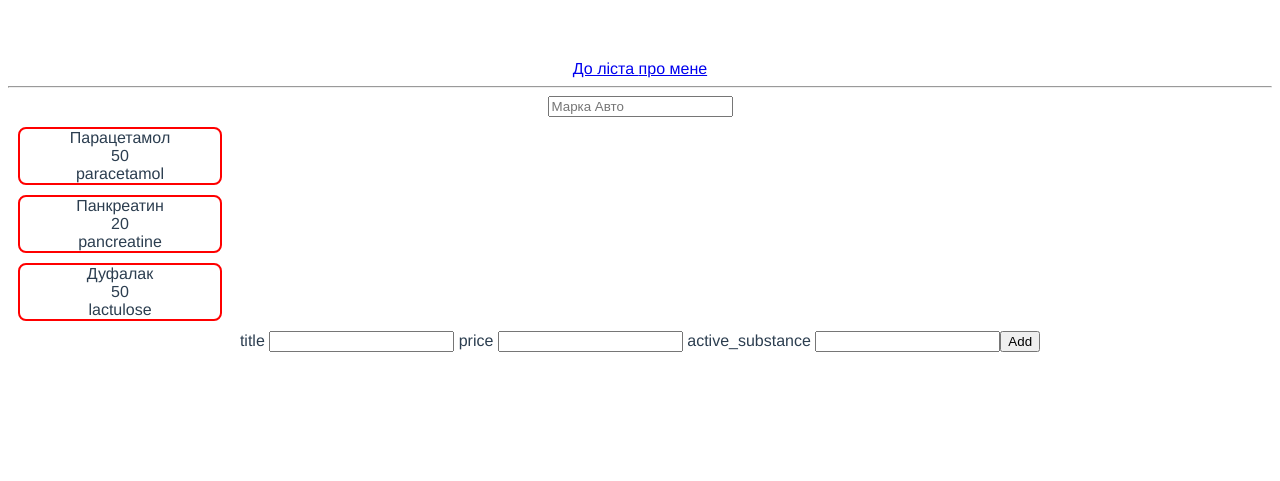
Repository: KYUUBI-K/Labs-from-2-course-
Page: /#/list (app in lab2(pharmacy)/)
The author's editor kept a copy of each file at every save. The page is drawn from the files as they stood at one save, then again after the next save.
The browser window is 1280 px wide. The pictures show the whole page.
The project was rebuilt for these pictures with package versions that can differ from the ones it lists, and the page was loaded fresh each time.

Above is the page before, as saved 2021-12-21 13:56:32.

### lab2(pharmacy)/src/main.js
import Vue from 'vue'
import App from './App.vue'
import store from './state/index'
import VueRouter from 'vue-router';
import router from './router/index'

Vue.use(VueRouter);

Vue.config.productionTip = false

new Vue({
  store,
  router,
  render: (h) => h(App),
}).$mount('#app')

### lab2(pharmacy)/src/App.vue
<template>
  <div id="app">
    <router-link to="/list">До ліста </router-link>
    <router-link to="/AboutMe">про мене </router-link>
    <hr />
    <router-view></router-view>
  </div>
</template>

<script>
export default {
  name: "App",
  components: {},
};
</script>

<style>
#app {
  font-family: Avenir, Helvetica, Arial, sans-serif;
  -webkit-font-smoothing: antialiased;
  -moz-osx-font-smoothing: grayscale;
  text-align: center;
  color: #2c3e50;
  margin-top: 60px;
}
</style>

### lab2(pharmacy)/src/state/index.js
import Vue from 'vue'
import Vuex from 'vuex'
import { v4 as uuidv4 } from 'uuid'
Vue.use(Vuex)

const store = new Vuex.Store({
  state: {
    search:"",
    taskList:[
        {
          id:1, title:'Парацетамол', price:'50', active_substance:'paracetamol',
        },
        {
            id:2, title:'Панкреатин', price:'20', active_substance:'pancreatine',

        },
        {
            id:3, title:'Дуфалак', price:'50', active_substance:'lactulose',

        }
    ]
  },
  getters:{
      getTaskList:(state)=>state.taskList
  },
  mutations:{
    addNewTask(state, dataObj) {
      state.taskList.push({
        id: uuidv4(),
        ...dataObj,
      })
    },
  },
  actions:{
    addTask({ commit }, data) {
      commit('addNewTask', data)
    },
  }

})

export default store

### lab2(pharmacy)/src/router/index.js
import Vue from 'vue';
import VueRouter from 'vue-router';
import Tasklist from '../components/Tasklist'
Vue.use(VueRouter);

export const router = new VueRouter({
    routes:[
    {
        path:'/list',
        component:Tasklist,
        name:'list',
    }
    ]

});
export default router

### lab2(pharmacy)/src/components/Tasklist/index.vue
<template>
  <div>
    <div>
      <input type="search" v-model="search" placeholder="Марка Авто" />
    </div>
    <task-item v-for="task in filterTask" :key="task.id" :task="task" />
    <div>
      <add-new-task />
    </div>
    <!-- <div><button @click="$router.push('/AboutCars')">AboutCars</button></div>
        <div><button @click="$router.push('/AboutMe')">AboutMe</button></div>  -->
  </div>
</template>

<script>
import TaskItem from "./Taskitem";
import AddNewTask from "@/components/AddNewTask";

import { mapGetters } from "vuex";
export default {
  data() {
    return {
      search: "",
    };
  },
  name: "TaskList",
  components: {
    TaskItem,
    AddNewTask,
  },
  computed: {
    ...mapGetters(["getTaskList"]),
    filterTask() {
      let list = [...this.getTaskList];
      if (this.search) {
        list = list.filter((item) => {
          return item.company.indexOf(this.search) > -1;
        });
      }
      return list;
    },
  },
};
</script>

<style lang="scss" scoped>
</style>

### lab2(pharmacy)/src/components/Tasklist/Taskitem/index.vue
<template>
  <div class="task">
    <div>{{ task.title }}</div>
    <div>{{ task.price }}</div>
    <div>{{ task.active_substance }}</div>
  </div>
</template>

<script>
export default {
  name: "Taskitem",
  props: {
    task: {
      type: Object,
      default: () => ({}),
    },
  },
};
</script>

<style lang="css" scoped>
.task {
  width: 200px;
  border: 2px solid red;
  border-radius: 8px;
  margin: 10px;
}
</style>

### lab2(pharmacy)/src/components/AddNewTask/index.vue
<template>
  <div>
    <div>
      <label>
        title
        <input type="text" v-model="title" />
      </label>
      <label>
        price
        <input type="text" v-model.number="price" />
      </label>
      <label>
        active_substance
        <input type="number" v-model.number="active_substance" />
      </label>
      <button @click="onAdd">Add</button>
    </div>
  </div>
</template>

<script>
//1. Імпортуємо mapActions
import { mapActions } from "vuex";
export default {
  name: "AddNewTask",

  data() {
    return {
      title: null,
      price: null,
      active_substance: null,
    };
  },

  methods: {
    ...mapActions(["addTask"]),
    onAdd() {
      this.addTask({
        title: this.title,
        price: this.price,
        active_substance: this.active_substance,
      });
    },
  },
};
</script>

<style lang="scss" scoped>
</style>

Loaded but not shown: lab2(pharmacy)/public/index.html (common file)

After the next save:
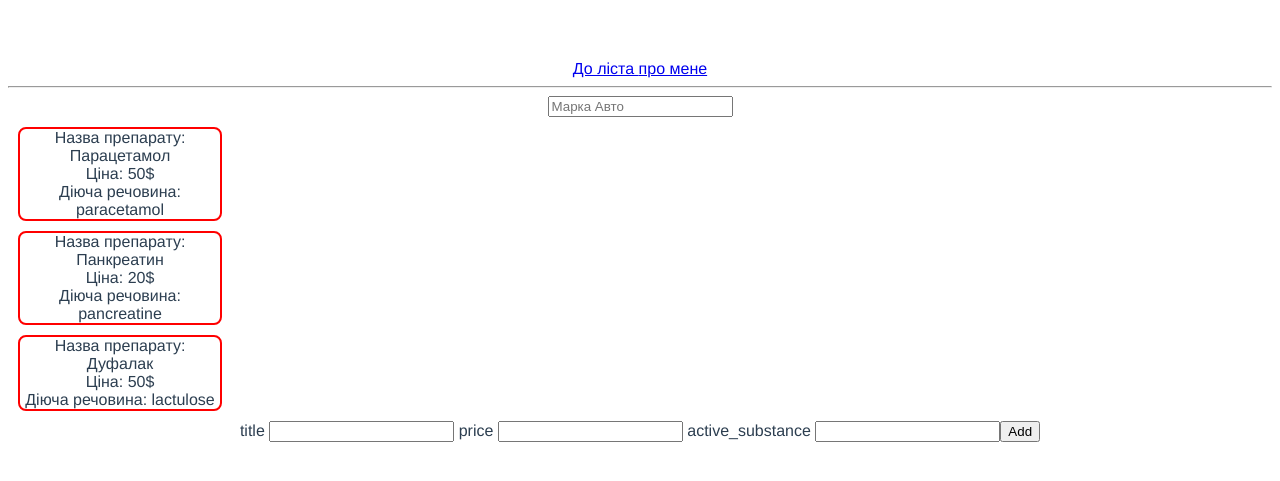
Saved 47 s later.
--- a/lab2(pharmacy)/src/components/Tasklist/Taskitem/index.vue
+++ b/lab2(pharmacy)/src/components/Tasklist/Taskitem/index.vue
@@ -1,8 +1,8 @@
 <template>
   <div class="task">
-    <div>{{ task.title }}</div>
-    <div>{{ task.price }}</div>
-    <div>{{ task.active_substance }}</div>
+    <div>Назва препарату: {{ task.title }}</div>
+    <div>Ціна: {{ task.price }}$</div>
+    <div>Діюча речовина: {{ task.active_substance }}</div>
   </div>
 </template>
 
